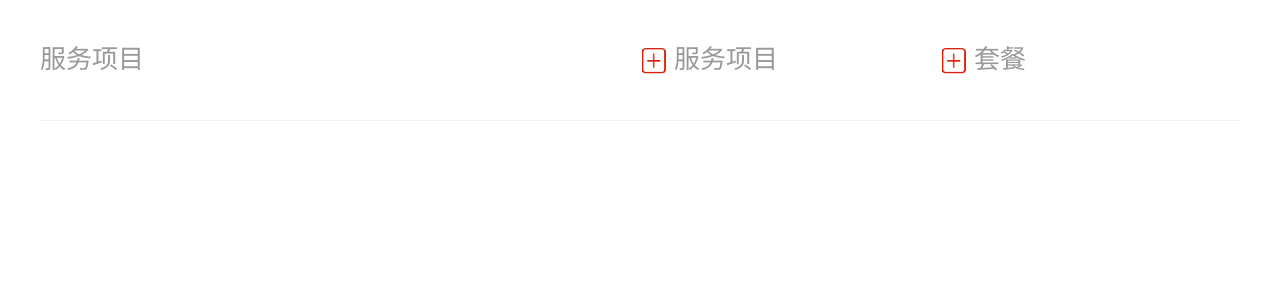
Repository: family-car/car
Page: maintenance.html
An editor plug-in stored every save of this project. The page is shown before and after the next save, followed by the edit.
The browser window is 1280 px wide. The pictures show the whole page.

Above is the page before, as saved 2020-05-12 18:59:56.

### maintenance.html
<!-- HTML5文件 -->
<!DOCTYPE html>
<html>
<head>
	<meta charset="utf-8" />
	<meta name="viewport"
          content="width=device-width, user-scalable=no, initial-scale=1.0, maximum-scale=1.0, minimum-scale=1.0">
	<meta content="telephone=no,email=no" name="format-detection">
	<meta name="wap-font-scale" content="no">
	<title>开单</title>
	<!-- ui框架引入css -->
	<link href="lib/weui/weui.min.css" rel="stylesheet" type="text/css" />
	<link href="lib/weui/jquery-weui.min.css" rel="stylesheet" type="text/css" />
	<!-- 公用样式css -->
	<link href="src/css/base.css" rel="stylesheet" type="text/css" />
	<!-- 界面引入css -->
  <link href="src/css/app/maintenance.css" rel="stylesheet" type="text/css" />
  <!-- jquery引入 -->
  <script type="text/javascript" src="lib/jquery/jquery-2.1.4.min.js"></script>
  <script type="text/javascript" src="lib/common.js"></script>
</head>
<body>

<div class="view bot44">
    <div class="serviceProject">
        <div class="serviceP_form">
           <div class="serviceP_form_item">
                <ul class="flex">
                    <li class="cell2">服务项目</li>
                    <li class="cell"><img src="src/image/small_add.png"/>服务项目</li>
                    <li class="cell"><img src="src/image/small_add.png"/>套餐</li>
                </ul>
           </div>
        </div>
    </div>
</div>

<!-- jquery引入 -->

</body>
</html>

### src/css/base.css
* {
    touch-action: pan-y;
}
*,
*:after,
*:before {
    -webkit-box-sizing: border-box;
    box-sizing: border-box;
}
[v-cloak] {
  display: none;
}
a,
blockquote,
body,
code,
dd,
div,
dl,
dt,
em,
fieldset,
form,
h1,
h2,
h3,
h4,
h5,
h6,
iframe,
img,
input,
label,
li,
object,
ol,
p,
q,
small,
span,
strong,
table,
tbody,
td,
th,
tr,
ul {
    margin: 0;
    padding: 0;
    border: 0;
}
input{
	outline: none;
}
body,
html {
    width: 100%;
    height:100%;
    overflow-y: auto;
}

body {
    margin: 0 auto;
    line-height: 1;
    font-size: 24px;
    font-family: 'STHeiti', 'Microsoft YaHei', Helvetica, Arial, sans-serif;
    -webkit-text-size-adjust: none;
    -webkit-tap-highlight-color: rgba(0, 0, 0, 0);
}

h1,
h2,
h3,
h4,
h5,
h6 {
    font-size: 24px;
    font-weight: normal;
}

a,
a:active,
a:focus,
a:hover,
a:visited {
    text-decoration: none;
    color: #393939;
}

a,
img {
    -webkit-touch-callout: none;
}

li,
ol,
ul {
    list-style: none;
}

input[type="password"],
input[type="tel"],
input[type="text"],
select,
textarea {
    display: block;
    width: 100%;
    line-height: 1.2;
    font-size:24px;
    resize: none;
    outline: 0;
    vertical-align: middle;
    background-color: #fff;
    background-image: none;
    border: 0;
    white-space: pre-wrap;
    word-wrap: break-word;
    -webkit-appearance: none;
}

p {
    background-color: transparent;
    word-break: break-all;
}

em,
i {
    font-style: normal;
}
@font-face {
    font-family: 'iconfont';
    src: url("../font/icomoon.eot");
    src: url("../font/icomoon.eot?#iefix") format("embedded-opentype"), url("../font/icomoon.ttf") format("truetype"), url("../font/icomoon.svg#iconfont") format("svg");
}

html {
    background: #fff;
}

body {
    background: #fff;
    color: #999;
}

.fl {
    float: left;
}

.fr {
    float: right;
}

.cf:after {
    display: block;
    clear: both;
    content: "";
    visibility: hidden;
    height: 0;
}

.tr {
    text-align: right;
}

.tc {
    text-align: center;
}

.td-underline {
    text-decoration: underline;
}

.tm {
    vertical-align: middle;
}
.boxSizing{
    box-sizing:border-box;
    -moz-box-sizing:border-box; /* Firefox */
    -webkit-box-sizing:border-box;
}

.flex {
    display: -webkit-box !important;
    display: -webkit-flex !important;
    display: -ms-flexbox !important;
    display: flex !important;
    -webkit-flex-wrap: wrap;
    -ms-flex-wrap: wrap;
    flex-wrap: wrap;
}

.flex .cell {
    -webkit-box-flex: 1;
    -webkit-flex: 1;
    -ms-flex: 1;
    flex: 1;
    width: 0;
    -webkit-flex-basis: 0;
    -ms-flex-preferred-size: 0;
    flex-basis: 0;
    max-width: 100%;
    display: block;
    padding: 0 !important;
    position: relative;
}
.flex .cell2{
    -webkit-box-flex: 2;
    -webkit-flex: 2;
    -ms-flex: 2;
    flex: 2;
}


.flex .cell.hide {
    display: none;
}

.flex .flex-130 {
    -webkit-box-flex: 150!important;
    -webkit-flex: 130!important;
    -ms-flex: 130!important;
    flex: 130!important;
}

.flex .flex-200 {
    -webkit-box-flex: 200!important;
    -webkit-flex: 200!important;
    -ms-flex: 200!important;
    flex: 200!important;
}

.flex-center {
    -webkit-box-pack: center;
    -webkit-justify-content: center;
    justify-content: center;
    -webkit-box-align: center;
    -webkit-align-items: center;
    align-content: center;
}
.flex-between {
    -webkit-box-pack: center;
    -webkit-justify-content: space-between;
    justify-content: space-between;
    -webkit-box-align: center;
    -webkit-align-items: center;
    align-content: center;
}

.img-responsive {
    display: inline-block;
    width: 100%;
}

.bg-white {
    background: #fff;
}

.bg-orange {
    background: #fa462d;
}

.bg-blue {
    background: #246EBE;
}
.bg-green{color:#0BA66D;}
.bg-light-green{color:#56dfb3;}
.bg-gray {
    background: #f3f4f6;
}

.bg-light-yellow {
    background: #fbf8ec;
}

.bg-disabled {
    background: #9d9d9d;
}

.color-blue {
    color: #246EBE;
}

.color-muted {
    color: #9d9d9d;
}

.color-orange {
    color: #fa462d;
}

.color-white {
    color: #fff;
}

.color-gray {
    color: #848689;
}
.color-green{color:#0BA66D;}
.color-light-green{color:#56dfb3;}
.color-red{color:#f23030;}
.color-block{color:#393939;}

.relative {
    position: relative;
}

.overflow {
    overflow: hidden;
}

.ellipsis {
    white-space: nowrap;
    overflow: hidden;
    text-overflow: ellipsis;
}

.clamp {
    display: -webkit-box;
    overflow: hidden;
    text-overflow: ellipsis;
    -webkit-line-clamp: 2;
    -webkit-box-orient: vertical;
}

.animate {
    -webkit-animation-play-state: paused;
}

.hide {
    display: none;
}

.footbar-default .coagent span:before,
.iconfont,
.panel-selector .list li .fr:after,
.select:before {
    font-family: "iconfont" !important;
    font-size: .28rem;
    font-style: normal;
    -webkit-font-smoothing: antialiased;
    -webkit-text-stroke-width: 2px;
    -moz-osx-font-smoothing: grayscale;
}
.btn {
    display: inline-block;
    padding: .18rem .2rem;
    vertical-align: middle;
    font-size: .26rem;
    font-weight: normal;
    line-height: 1;
    text-align: center;
    white-space: nowrap;
    background-image: none;
    border: 1px solid transparent;
    border-radius: .06rem;
    cursor: pointer;
    outline: 0;
    -webkit-appearance: none;
    -webkit-user-select: none;
    -moz-user-select: none;
    -ms-user-select: none;
    user-select: none;
}

.btn-default {
    color: #393939;
    background-color: #fff;
    border-color: #ccc;
}

.btn-primary {
    color: #fff;
    background-color: #0ba66d;
    border-color: #0ba66d;
}

.btn-primary-outline {
    color: #0ba66d;
    background-color: #fff;
    border-color: #0ba66d;
}

.btn-default-outline {
    color: #393939;
    background-color: #fff;
    border-color: #d7d7d7;
}

.btn-disabled {
    color: #fff;
    background-color: #9d9d9d;
    border-color: #9d9d9d;
}

.btn-block {
    display: block;
    width: 100%;
    padding-left: 0;
    padding-right: 0;
}

.btn-primary:active {
    color: #fff;
    background-color: #0ba66d;
    border-color: #0ba66d;
}

.btn-disabled:active {
    color: #fff;
    background-color: #9d9d9d;
    border-color: #9d9d9d;
}

.btn-default:active {
    color: #393939;
    background-color: #d7d7d7;
    border-color: #d7d7d7;
}

.btn-search {
    padding: .06rem .1rem;
    margin-left: .05rem;
    line-height: .4rem;
}

.pd8 {
    padding-right: .8rem;
    padding-left: .8rem;
}

.badge-outline {
    background: #fff;
    border: 1px solid #0ba66d;
    color: #0ba66d;
}

.no_info {
    color: #9d9d9d;
    line-height: 2.2rem;
    text-align: center;
}

/*字体*/
.icon-detail:before {
    content: '\e93b';
}
.icon-floder:before {
    content: '\e91b';
}
.icon-home:before {
    content: '\e901';
}
.icon-order:before {
    content: '\e908';
}
.icon-mine:before {
    content: '\e905';
}
.icon-upload::before{
    content: '\e91c';
}
.icon-add::before{
    content: '\e91e';
}
.icon-detele::before{
    content: '\e920';
}
.icon-warn::before{
    content: '\e91a';
}
.icon-arrow::before{
    content:'\e916'
}
.icon-course::before{
    content:'\e908'
}

 #loading{
     position:fixed;
     top:0;left:0;
     width:100%;height:100%;
     background: rgba(0,0,0,.7);
     z-index:999;
}
 #loading .loader-01{
     position:absolute;top:50%;left:50%;
     width:60px;height:60px;
     margin-top:-30px;
     margin-left:-30px;
     color: #fff;
}
.weui-tabbar__item.weui-bar__item--on .weui-tabbar__label{
    color: #F12222;
}
/*button*/
.vehicleEntry_btn{
    color: #F12222;
    width: 412px;
    height: 60px;
    background: #F12222;
    border-radius: 30px;
    color: #fff;
    text-align: center;
    line-height: 60px;
    margin: 0 auto;
    margin-bottom: 40px;
    font-size: 28px;
}
/*footer*/
.footer{
    overflow: hidden;
}
.weui-tabbar .weui-tabbar__item{
    padding-top: 20px;
}
.weui-tabbar .weui-tabbar__icon{
    width: 54px;
    height: 54px;
}
.weui-tabbar .weui-tabbar__label{
    font-size: 20px;
}
.view{
    padding-bottom:130px;
}

### src/css/app/maintenance.css
.serviceProject{
    padding: 0 20px;
}
.serviceP_form{
    background: #fff;
    border-radius: 6px;
    padding: 0 20px;
}
.serviceP_form .serviceP_form_item{
    border-bottom: 1px solid #F1F1F1;
    padding: 46px 0;
}
.serviceP_form .serviceP_form_item li{
    font-size: 26px;
}
.serviceP_form .serviceP_form_item li img{
    vertical-align: middle;
    height: 26px;
    width: 26px;
    margin-right: 8px;
}

### lib/common.js

var _phoneWidth = parseInt(window.screen.width);
var _phoneHeight = parseInt(window.screen.height);
var _phoneScale = Math.floor(_phoneWidth/750*100)/100;
var Terminal = {
            platform : function(){
                var u = navigator.userAgent, app = navigator.appVersion;
                return {
                    android: u.indexOf('Android') > -1 || u.indexOf('Linux') > -1,
                    iPhone: u.indexOf('iPhone') > -1 ,
                    iPad: u.indexOf('iPad') > -1
                };
            }(),
            language : (navigator.browserLanguage || navigator.language).toLowerCase()
        }
if((Terminal.platform.iPhone||Terminal.platform.iPad)&&getQueryString("isReverse")=="yes"){
		      	  alert(getQueryString("isReverse"));
		    	  _phoneScale = _phoneHeight/750;
}
var ua = navigator.userAgent;
document.write('<meta name="viewport" content="width=750,target-densitydpi=device-dpi, initial-scale='+_phoneScale+', minimum-scale='+_phoneScale+', maximum-scale='+_phoneScale+', user-scalable=no">');

function getQueryString(name) {//用url来判断横屏
	var reg = new RegExp("(^|&)" + name + "=([^&]*)(&|$)", "i");
	var r = window.location.search.substr(1).match(reg);
	if (r != null) return unescape(r[2]); return null;
}

Loaded but not shown: lib/weui/weui.min.css (library); lib/weui/jquery-weui.min.css (library); lib/jquery/jquery-2.1.4.min.js (library)

After the next save:
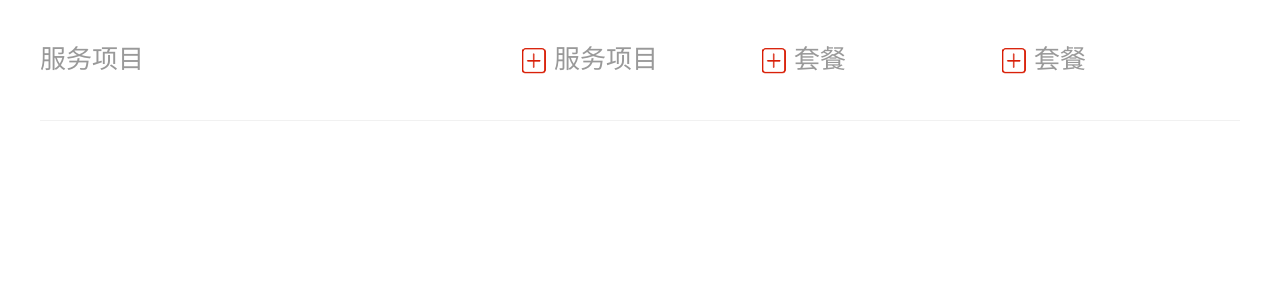
Saved 4 s later.
--- a/maintenance.html
+++ b/maintenance.html
@@ -29,6 +29,7 @@
                     <li class="cell2">服务项目</li>
                     <li class="cell"><img src="src/image/small_add.png"/>服务项目</li>
                     <li class="cell"><img src="src/image/small_add.png"/>套餐</li>
+                    <li class="cell"><img src="src/image/small_add.png"/>套餐</li>
                 </ul>
            </div>
         </div>
